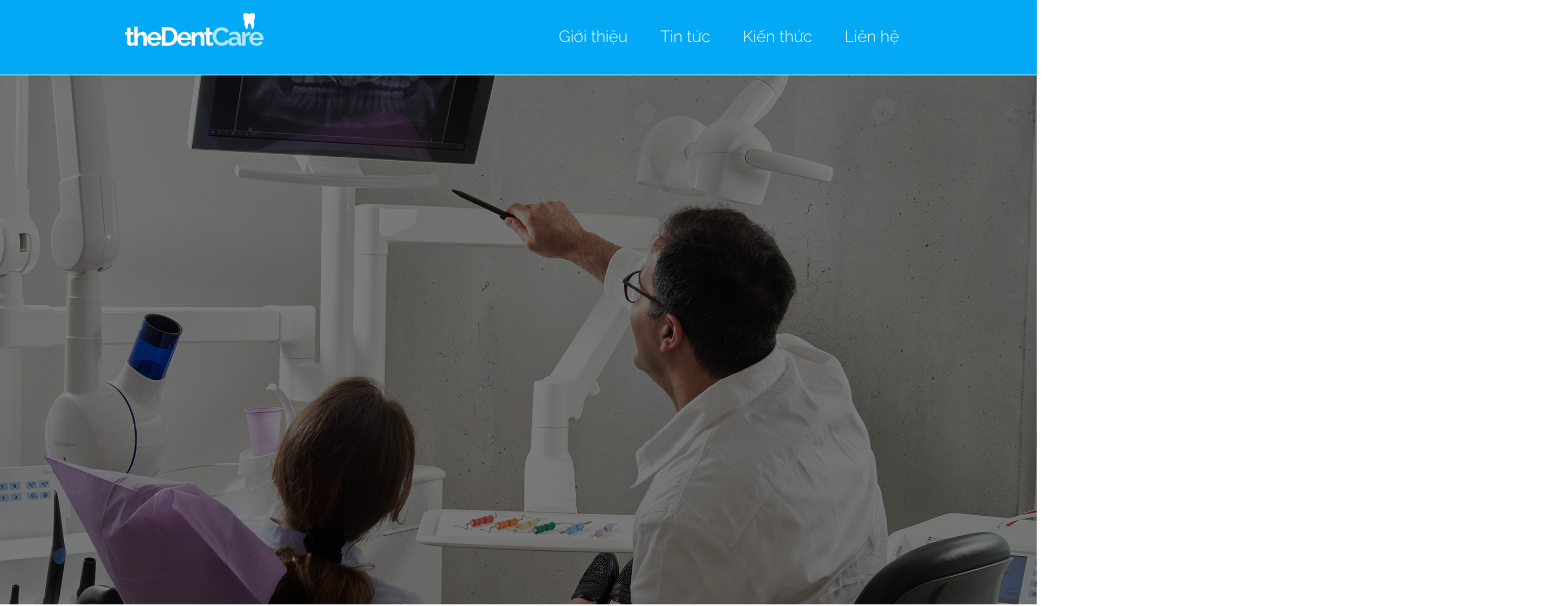
Repository: vantoan19/theDentCare
Page: / (app in theDentalCare/the-dental-care/)
These files come from the project's save history. The page is drawn as it stood at one moment and after the next save; the edit follows.
The browser window is 1280 px wide. The page is 1280 px wide, then 1920 px, so the pictures cover 1920 px, including what lies to the right of the window. The pictures show the whole page, at 81% of full size.
The project was rebuilt for these pictures with package versions that can differ from the ones it lists, and the page was loaded fresh each time. The framework's server and built-in components were replaced by stand-ins that run in the browser.

Above is the page before, as saved 2022-09-22 02:03:56.

After the next save:
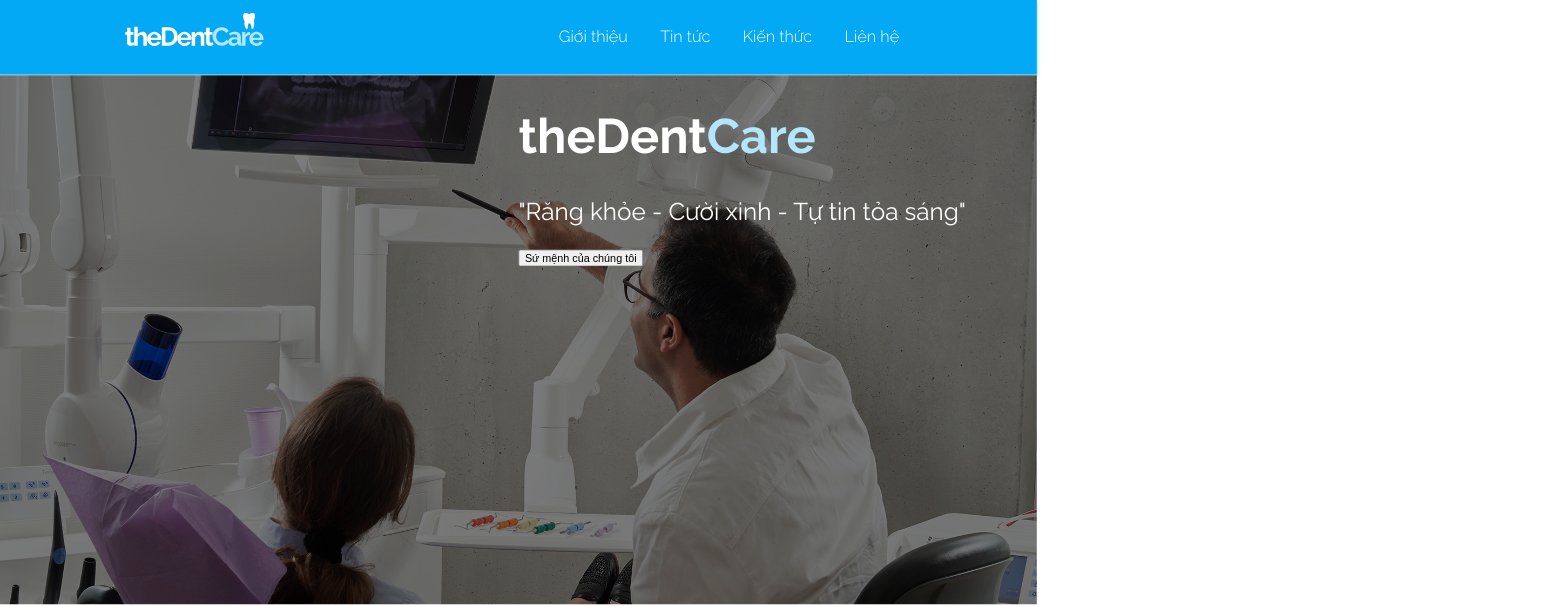
Saved 6 s later.
--- a/theDentalCare/the-dental-care/pages/index.js
+++ b/theDentalCare/the-dental-care/pages/index.js
@@ -28,7 +28,7 @@
   width: 100%;
   position: absolute;
   top: 0;
-  right: 50%;
+  left: 50%;
 `
 
 const HomeContainer = styled.div`
